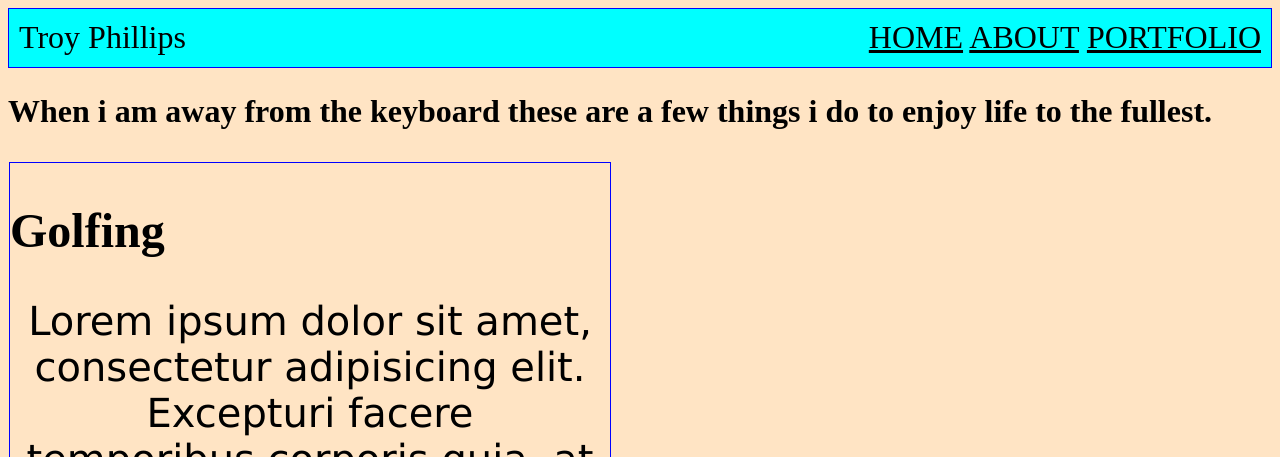
Repository: TheTroyPhillips/Personal-website
Page: about.html
The author's editor kept a copy of each file at every save. The page is drawn from the files as they stood at one save, then again after a run of saves.
The browser window is 1280 px wide. The pictures show the part of the page from y = 0 to 457 px (the page is 1689 px tall before and 1707 px after).
A picture or video elsewhere on the page could not be fetched, so the positions and the page height are approximate.

Above is the page before, as saved 2023-09-10 23:02:27.

After the next 3 saves:
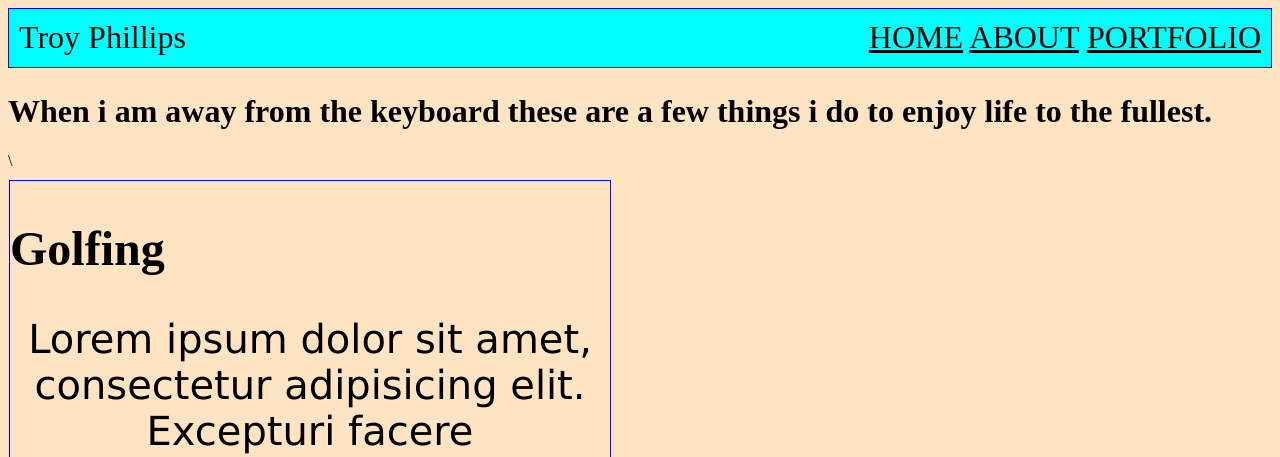
The 3 saves are shown as one change because they came seconds apart.
The last was saved 10 s later.
--- a/about.html
+++ b/about.html
@@ -16,7 +16,8 @@
             <a href="/portfolio.html">PORTFOLIO</a>
         </div>
         <h1 class="about">When i am away from the keyboard these are
-            a few things i do to enjoy life to the fullest.</h1>
+            a few things i do to enjoy life to the fullest.</h1>\
+            <div></div>
         <div class="childb">
             <section>
                 <h2>Golfing</h2>
